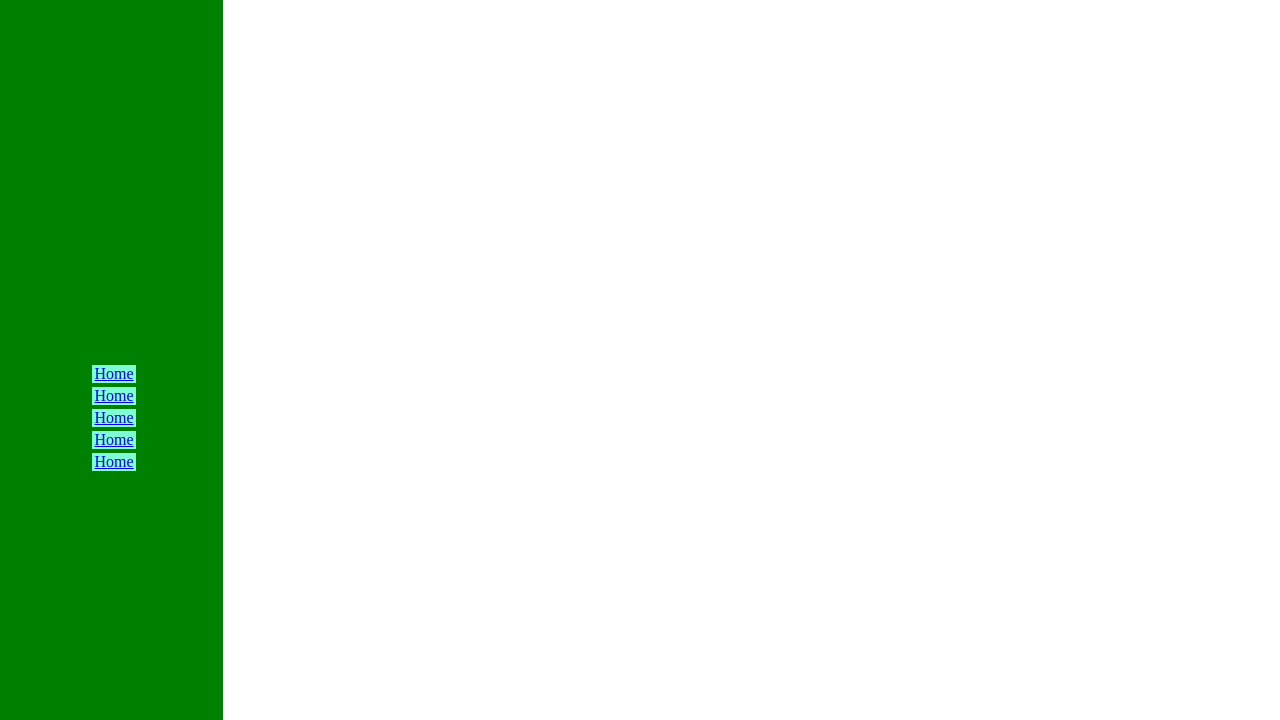
Repository: Tahaa2t/Researchers
Page: /
The author's editor kept a copy of each file at every save. The page is drawn from the files as they stood at one save, then again after the next save.
The browser window is 1280 px wide. The pictures show the whole page.
The project was rebuilt for these pictures with package versions that can differ from the ones it lists, and the page was loaded fresh each time. Also part of the build but not shown: src/Components/loginform.js, src/Components/HomePage.js.

Above is the page before, as saved 2023-07-05 20:23:37.

### src/App.js
import { BrowserRouter, Routes, Route } from "react-router-dom";
import "./App.css"
import LoginForm from "./Components/loginform"
import HomePage from "./Components/HomePage";
import Navbar from "./Components/Navbar";

// color pallet
// #3aa6b9
// #D0E8E1
// #348472


function App() {



  return (
    <div className="App">

      {/* <LoginForm /> */}
      <Navbar />
      {/* <BrowserRouter>
        <Routes>
          <Route path="/" Component={<LoginForm />} />
          <Route path="/home" Component={<HomePage />} />
        </Routes>
      </BrowserRouter> */}
    </div>
  );
}

export default App;

### src/Components/Navbar.js
import React, { useState } from "react";
import { useNavigate } from 'react-router-dom';
import axios from 'axios';
import "./css/navbarstyle.css";

const Navbar = () => {
  return (
    <div className="navbar-boundry">
      <nav>
        <a className="btn home-btn" href="/#">
          Home
        </a>
        <a className="btn home-btn" href="/#">
          Home
        </a>
        <a className="btn home-btn" href="/#">
          Home
        </a>
        <a className="btn home-btn" href="/#">
          Home
        </a>
        <a className="btn home-btn" href="/#">
          Home
        </a>

      </nav>





    </div>
  )
}

export default Navbar

### src/Components/css/loginstyle.css
@import url('https://fonts.googleapis.com/css?family=Josefin+Sans');


/* notes

---centering something---
display: flex;
  justify-content: center;
  align-items: center;



--- neechay ya uper se qareeb krna ho tou---
.check-btn {
  position: relative;
  bottom: 3em;
}
*/


* {
  margin: 0;
  box-sizing: border-box;
}

.page {
  background-color: #3aa6b9;
  height: 100vh;
  width: 100%;
  display: flex;
  justify-content: space-around;
  align-items: center;
  font-family: 'Josefin Sans', cursive;
}

.cover {
  background-image: linear-gradient(#D0E8E1, rgba(178, 209, 233, 0));
  width: 50%;
  min-width: 240px;
  max-width: 800px;
  height: 620px;
  position: fixed;
  border-radius: 0.5em;
  display: flex;
  flex: 1 1 200;
  flex-direction: column;
  align-items: center;
  justify-content: space-evenly;
  flex-wrap: wrap;
}

h1 {
  color: rgb(3, 45, 77);
  display: flex;
  flex-wrap: wrap;
}

.user-input {

  display: flex;
  /* flex-direction: column; */
  justify-content: space-evenly;
  width: 80%;
  height: 10%;
  flex-wrap: wrap;
  /* background-color: green; */
}
input[type=text]{
  background-color: rgba(0,0,0,0);
  border-color: #348472;
  border-radius: 8px 8px 8px 8px;
  border-width: 10%;
  border-style: solid;
  display: flex;
  justify-content: space-evenly;
  margin: 8px;
  /* outline-color: rgb(6, 106, 183); */
  height: 44px;
  width: 240px;
  /* bottom: -1.5em; */
}


input[type=password]{
  background-color: rgba(0,0,0,0);
  border-color: #348472;
  border-radius: 8px 8px 8px 8px;
  border-width: 10%;
  border-style: solid;
  display: flex;
  justify-content: space-evenly;
  margin: 8px;
  /* outline-color: rgb(6, 106, 183); */
  height: 44px;
  width: 240px;
  /* position: relative;
  top: -1.5em; */
}

input:focus {
  background-color: #348472;
  opacity: 50%;
}

.line{
  text-decoration: underline;
  color: black;
}

.login-btn {
  appearance: none;
  background-color: rgba(0,0,0,0);
  border-width: 0;
  box-sizing: border-box;
  color: black;
  cursor: pointer;
  display: inline-block;
  font-family: Clarkson,Helvetica,sans-serif;
  font-size: 14px;
  font-weight: 500;
  letter-spacing: 0;
  line-height: 1em;
  margin: 0;
  opacity: 1;
  outline: 0;
  padding: 1.5em 2.2em;
  position: relative;
  text-align: center;
  text-decoration: none;
  text-rendering: geometricprecision;
  text-transform: uppercase;
  transition: opacity 300ms cubic-bezier(.694, 0, 0.335, 1),background-color 100ms cubic-bezier(.694, 0, 0.335, 1),color 100ms cubic-bezier(.694, 0, 0.335, 1);
  user-select: none;
  -webkit-user-select: none;
  touch-action: manipulation;
  vertical-align: baseline;
  white-space: nowrap;
  display: flex;
  justify-content: center;
  align-items: center;
}

.login-btn:before {
  animation: opacityFallbackOut .5s step-end forwards;
  backface-visibility: hidden;
  background-color: #348472;
  opacity: 50%;
  clip-path: polygon(-1% 0, 0 0, -25% 100%, -1% 100%);
  content: "";
  height: 100%;
  left: 0;
  position: absolute;
  top: 0;
  transform: translateZ(0);
  transition: clip-path .5s cubic-bezier(.165, 0.84, 0.44, 1), -webkit-clip-path .5s cubic-bezier(.165, 0.84, 0.44, 1);
  width: 100%;
}

.login-btn:hover:before {
  animation: opacityFallbackIn 0s step-start forwards;
  clip-path: polygon(0 0, 101% 0, 101% 101%, 0 101%);
}

.login-btn:after {
  background-color: #FFFFFF;
}

.login-btn span {
  z-index: 1;
  position: relative;
}


.check-btn input {
  display:inline-block;
  margin-right:10px;
}
.check-btn p {
  display:inline-block;
}



/* use state */
.hide {
  display: none;
}

.login-popup {
  position: absolute;
  width: 40em;
  height: 35em;
  display: flex;
  flex-direction: column;
  align-items: center;
  justify-content: center;
  border-radius: 0.25em;
  outline-color: rgb(3, 58, 101);
  background-color: rgba(0,0,0,0);
  backdrop-filter: blur(5px);
  /* color: rgb(3, 58, 101); */
  bottom: 0;
  transform: scale(1);
  transform: 1.5s;
}

### src/Components/css/navbarstyle.css
* {
  margin: 0;
  box-sizing: border-box;
}

.navbar-boundry {
  width: 223px;
  height: 836px;
  background-color: green;
  display: flex;
  justify-content: center;
  align-items: center;
  flex-direction: column;
  position: fixed;
}

.btn {
  background-color: aquamarine;
  width: 94%;
  height: auto;
  margin: 4px;
  display: flex;
  justify-content: center;
}

.btn button {
  background-color: blue;
  border: none;
  border-radius: 8px;
  color: white;
  padding: 20% 20%;
  text-align: center;
  text-decoration: none;
  font-weight: 500;
  display: inline-block;
  font-size: 16px;
  justify-content: space-evenly;
  margin: 2px;

}

Loaded but not shown: public/index.html (common file); src/index.js (common file); src/reportWebVitals.js (common file); src/App.css (common file)

After the next save:
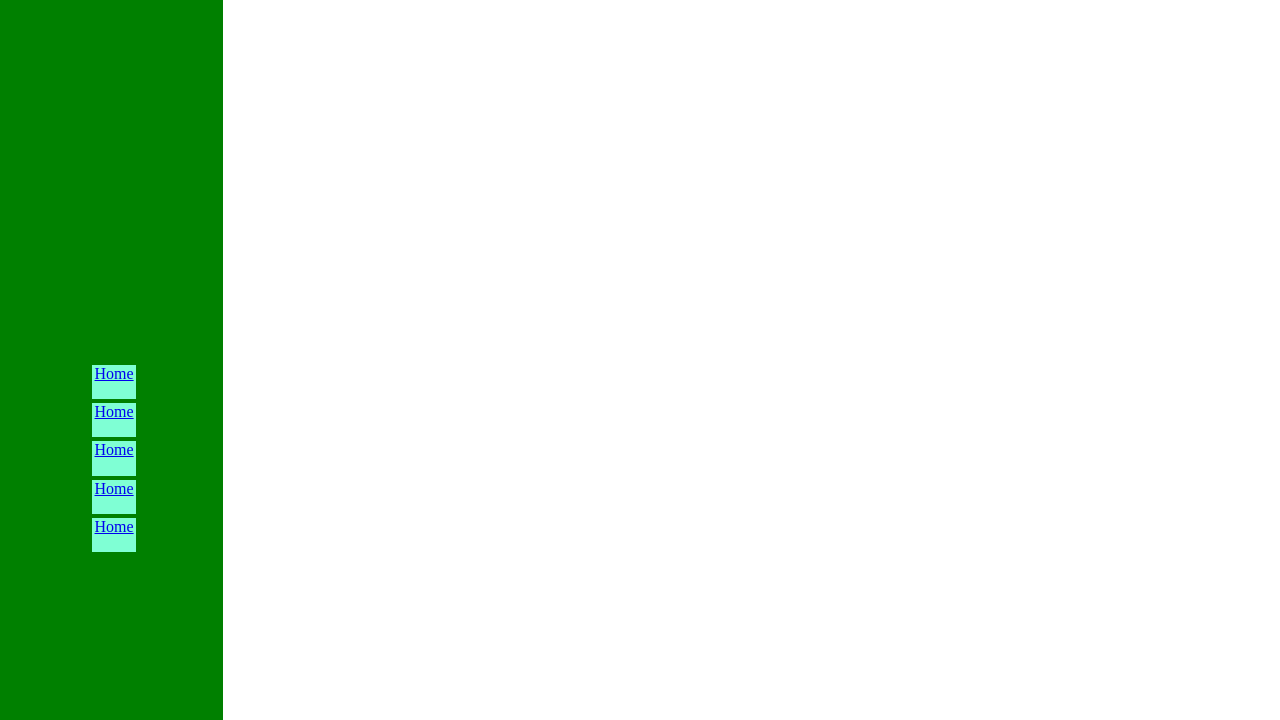
Saved 41 s later.
--- a/src/Components/css/navbarstyle.css
+++ b/src/Components/css/navbarstyle.css
@@ -17,7 +17,7 @@
 .btn {
   background-color: aquamarine;
   width: 94%;
-  height: auto;
+  height: 30%;
   margin: 4px;
   display: flex;
   justify-content: center;
